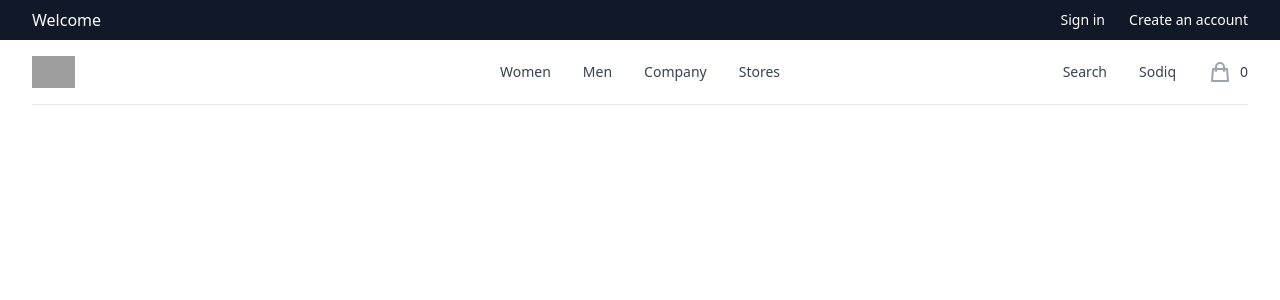
Repository: thasquirrie/animal-farm
Page: /
The author's editor kept a copy of each file at every save. The page is drawn from the files as they stood at one save, then again after the next save.
The browser window is 1280 px wide. The pictures show the whole page.
Pictures or frames that could not be fetched are drawn as grey boxes. The project was rebuilt for these pictures with package versions that can differ from the ones it lists, and the page was loaded fresh each time. The framework's server and built-in components were replaced by stand-ins that run in the browser. Also part of the build but not shown: next.config.js, styles/Home.module.css.

Above is the page before, as saved 2021-10-01 01:45:12.

### pages/_app.js
import '../styles/globals.css';

function MyApp({ Component, pageProps }) {
  console.log({ Component, pageProps });
  return <Component {...pageProps} />;
}

export default MyApp;

### pages/index.js
import Head from 'next/head';
import Image from 'next/image';
import styles from '../styles/Home.module.css';
import Header from '../components/Header';

export default function Home() {
  return <Header />;
}

### components/Header.jsx
/*
  This example requires Tailwind CSS v2.0+

  This example requires some changes to your config:

  ```
  // tailwind.config.js
  module.exports = {
    // ...
    plugins: [
      // ...
      require('@tailwindcss/forms'),
      require('@tailwindcss/aspect-ratio'),
    ],
  }
  ```
*/
import { Fragment, useState } from 'react';
import { Dialog, Popover, Tab, Transition } from '@headlessui/react';
import {
  MenuIcon,
  QuestionMarkCircleIcon,
  SearchIcon,
  ShoppingBagIcon,
  XIcon,
} from '@heroicons/react/outline';
import Image from 'next/image';

const currencies = ['CAD', 'USD', 'AUD', 'EUR', 'GBP'];
const navigation = {
  categories: [
    {
      name: 'Women',
      featured: [
        {
          name: 'New Arrivals',
          href: '#',
          imageSrc:
            'https://tailwindui.com/img/ecommerce-images/mega-menu-category-01.jpg',
          imageAlt:
            'Models sitting back to back, wearing Basic Tee in black and bone.',
        },
        {
          name: 'Basic Tees',
          href: '#',
          imageSrc:
            'https://tailwindui.com/img/ecommerce-images/mega-menu-category-02.jpg',
          imageAlt:
            'Close up of Basic Tee fall bundle with off-white, ochre, olive, and black tees.',
        },
        {
          name: 'Accessories',
          href: '#',
          imageSrc:
            'https://tailwindui.com/img/ecommerce-images/mega-menu-category-03.jpg',
          imageAlt:
            'Model wearing minimalist watch with black wristband and white watch face.',
        },
        {
          name: 'Carry',
          href: '#',
          imageSrc:
            'https://tailwindui.com/img/ecommerce-images/mega-menu-category-04.jpg',
          imageAlt:
            'Model opening tan leather long wallet with credit card pockets and cash pouch.',
        },
      ],
    },
    {
      name: 'Men',
      featured: [
        {
          name: 'New Arrivals',
          href: '#',
          imageSrc:
            'https://tailwindui.com/img/ecommerce-images/mega-menu-01-men-category-01.jpg',
          imageAlt:
            'Hats and sweaters on wood shelves next to various colors of t-shirts on hangers.',
        },
        {
          name: 'Basic Tees',
          href: '#',
          imageSrc:
            'https://tailwindui.com/img/ecommerce-images/mega-menu-01-men-category-02.jpg',
          imageAlt: 'Model wearing light heather gray t-shirt.',
        },
        {
          name: 'Accessories',
          href: '#',
          imageSrc:
            'https://tailwindui.com/img/ecommerce-images/mega-menu-01-men-category-03.jpg',
          imageAlt:
            'Grey 6-panel baseball hat with black brim, black mountain graphic on front, and light heather gray body.',
        },
        {
          name: 'Carry',
          href: '#',
          imageSrc:
            'https://tailwindui.com/img/ecommerce-images/mega-menu-01-men-category-04.jpg',
          imageAlt:
            'Model putting folded cash into slim card holder olive leather wallet with hand stitching.',
        },
      ],
    },
  ],
  pages: [
    { name: 'Company', href: '#' },
    { name: 'Stores', href: '#' },
  ],
};

function classNames(...classes) {
  return classes.filter(Boolean).join(' ');
}

export default function Example() {
  const [open, setOpen] = useState(false);

  return (
    <div className='bg-white'>
      {/* Mobile menu */}
      <Transition.Root show={open} as={Fragment}>
        <Dialog
          as='div'
          className='fixed inset-0 flex z-40 lg:hidden'
          onClose={setOpen}
        >
          <Transition.Child
            as={Fragment}
            enter='transition-opacity ease-linear duration-300'
            enterFrom='opacity-0'
            enterTo='opacity-100'
            leave='transition-opacity ease-linear duration-300'
            leaveFrom='opacity-100'
            leaveTo='opacity-0'
          >
            <Dialog.Overlay className='fixed inset-0 bg-black bg-opacity-25' />
          </Transition.Child>

          <Transition.Child
            as={Fragment}
            enter='transition ease-in-out duration-300 transform'
            enterFrom='-translate-x-full'
            enterTo='translate-x-0'
            leave='transition ease-in-out duration-300 transform'
            leaveFrom='translate-x-0'
            leaveTo='-translate-x-full'
          >
            <div className='relative max-w-xs w-full bg-white shadow-xl pb-12 flex flex-col overflow-y-auto'>
              <div className='px-4 pt-5 pb-2 flex'>
                <button
                  type='button'
                  className='-m-2 p-2 rounded-md inline-flex items-center justify-center text-gray-400'
                  onClick={() => setOpen(false)}
                >
                  <span className='sr-only'>Close menu</span>
                  <XIcon className='h-6 w-6' aria-hidden='true' />
                </button>
              </div>

              {/* Links */}
              <Tab.Group as='div' className='mt-2'>
                <div className='border-b border-gray-200'>
                  <Tab.List className='-mb-px flex px-4 space-x-8'>
                    {navigation.categories.map((category) => (
                      <Tab
                        key={category.name}
                        className={({ selected }) =>
                          classNames(
                            selected
                              ? 'text-indigo-600 border-indigo-600'
                              : 'text-gray-900 border-transparent',
                            'flex-1 whitespace-nowrap py-4 px-1 border-b-2 text-base font-medium'
                          )
                        }
                      >
                        {category.name}
                      </Tab>
                    ))}
                  </Tab.List>
                </div>
                <Tab.Panels as={Fragment}>
                  {navigation.categories.map((category) => (
                    <Tab.Panel
                      key={category.name}
                      className='px-4 py-6 space-y-12'
                    >
                      <div className='grid grid-cols-2 gap-x-4 gap-y-10'>
                        {category.featured.map((item) => (
                          <div key={item.name} className='group relative'>
                            <div className='aspect-w-1 aspect-h-1 rounded-md bg-gray-100 overflow-hidden group-hover:opacity-75'>
                              <Image
                                src={item.imageSrc}
                                alt={item.imageAlt}
                                layout='fill'
                                className='object-center object-cover'
                              />
                            </div>
                            <a
                              href={item.href}
                              className='mt-6 block text-sm font-medium text-gray-900'
                            >
                              <span
                                className='absolute z-10 inset-0'
                                aria-hidden='true'
                              />
                              {item.name}
                            </a>
                            <p
                              aria-hidden='true'
                              className='mt-1 text-sm text-gray-500'
                            >
                              Shop now
                            </p>
                          </div>
                        ))}
                      </div>
                    </Tab.Panel>
                  ))}
                </Tab.Panels>
              </Tab.Group>

              <div className='border-t border-gray-200 py-6 px-4 space-y-6'>
                {navigation.pages.map((page) => (
                  <div key={page.name} className='flow-root'>
                    <a
                      href={page.href}
                      className='-m-2 p-2 block font-medium text-gray-900'
                    >
                      {page.name}
                    </a>
                  </div>
                ))}
              </div>

              <div className='border-t border-gray-200 py-6 px-4 space-y-6'>
                <div className='flow-root'>
                  <a
                    href='#'
                    className='-m-2 p-2 block font-medium text-gray-900'
                  >
                    Create an account
                  </a>
                </div>
                <div className='flow-root'>
                  <a
                    href='#'
                    className='-m-2 p-2 block font-medium text-gray-900'
                  >
                    Sign in
                  </a>
                </div>
              </div>

              <div className='border-t border-gray-200 py-6 px-4 space-y-6'>
                {/* Currency selector */}
                {/* <form>
                  <div className='inline-block'>
                    <label htmlFor='mobile-currency' className='sr-only'>
                      Currency
                    </label>
                    <div className='-ml-2 group relative border-transparent rounded-md focus-within:ring-2 focus-within:ring-white'>
                      <select
                        id='mobile-currency'
                        name='currency'
                        className='bg-none border-transparent rounded-md py-0.5 pl-2 pr-5 flex items-center text-sm font-medium text-gray-700 group-hover:text-gray-800 focus:outline-none focus:ring-0 focus:border-transparent'
                      >
                        {currencies.map((currency) => (
                          <option key={currency}>{currency}</option>
                        ))}
                      </select>
                      <div className='absolute right-0 inset-y-0 flex items-center pointer-events-none'>
                        <svg
                          aria-hidden='true'
                          xmlns='http://www.w3.org/2000/svg'
                          fill='none'
                          viewBox='0 0 20 20'
                          className='w-5 h-5 text-gray-500'
                        >
                          <path
                            stroke='currentColor'
                            strokeLinecap='round'
                            strokeLinejoin='round'
                            strokeWidth='1.5'
                            d='M6 8l4 4 4-4'
                          />
                        </svg>
                      </div>
                    </div>
                  </div>
                </form> */}
              </div>
            </div>
          </Transition.Child>
        </Dialog>
      </Transition.Root>

      <header className='relative'>
        <nav aria-label='Top'>
          {/* Top navigation */}
          <div className='bg-gray-900'>
            <div className='max-w-7xl mx-auto h-10 px-4 flex items-center justify-between sm:px-6 lg:px-8'>
              {/* Currency selector */}
              <div className='text-white'>Welcome</div>
              {/* <form>
                <div>
                  <label htmlFor='desktop-currency' className='sr-only'>
                    Currency
                  </label>
                  <div className='-ml-2 group relative bg-gray-900 border-transparent rounded-md focus-within:ring-2 focus-within:ring-white'>
                    <select
                      id='desktop-currency'
                      name='currency'
                      className='bg-none bg-gray-900 border-transparent rounded-md py-0.5 pl-2 pr-5 flex items-center text-sm font-medium text-white group-hover:text-gray-100 focus:outline-none focus:ring-0 focus:border-transparent'
                    >
                      {currencies.map((currency) => (
                        <option key={currency}>{currency}</option>
                      ))}
                    </select>
                    <div className='absolute right-0 inset-y-0 flex items-center pointer-events-none'>
                      <svg
                        aria-hidden='true'
                        xmlns='http://www.w3.org/2000/svg'
                        fill='none'
                        viewBox='0 0 20 20'
                        className='w-5 h-5 text-gray-300'
                      >
                        <path
                          stroke='currentColor'
                          strokeLinecap='round'
                          strokeLinejoin='round'
                          strokeWidth='1.5'
                          d='M6 8l4 4 4-4'
                        />
                      </svg>
                    </div>
                  </div>
                </div>
              </form> */}

              <div className='flex items-center space-x-6'>
                <a
                  href='#'
                  className='text-sm font-medium text-white hover:text-gray-100'
                >
                  Sign in
                </a>
                <a
                  href='#'
                  className='text-sm font-medium text-white hover:text-gray-100'
                >
                  Create an account
                </a>
              </div>
            </div>
          </div>

          {/* Secondary navigation */}
          <div className='bg-white'>
            <div className='max-w-7xl mx-auto px-4 sm:px-6 lg:px-8'>
              <div className='border-b border-gray-200'>
                <div className='h-16 flex items-center justify-between'>
                  {/* Logo (lg+) */}
                  <div className='hidden lg:flex-1 lg:flex lg:items-center'>
                    <a href='#'>
                      <span className='sr-only'>Workflow</span>
                      <img
                        className='h-8 w-auto'
                        src='https://tailwindui.com/img/logos/workflow-mark.svg?color=indigo&shade=600'
                        alt=''
                        // layout='fill'
                      />
                    </a>
                  </div>

                  <div className='hidden h-full lg:flex'>
                    {/* Flyout menus */}
                    <Popover.Group className='px-4 bottom-0 inset-x-0'>
                      <div className='h-full flex justify-center space-x-8'>
                        {navigation.categories.map((category) => (
                          <Popover key={category.name} className='flex'>
                            {({ open }) => (
                              <>
                                <div className='relative flex'>
                                  <Popover.Button
                                    className={classNames(
                                      open
                                        ? 'border-indigo-600 text-indigo-600'
                                        : 'border-transparent text-gray-700 hover:text-gray-800',
                                      'relative z-10 flex items-center transition-colors ease-out duration-200 text-sm font-medium border-b-2 -mb-px pt-px'
                                    )}
                                  >
                                    {category.name}
                                  </Popover.Button>
                                </div>

                                <Transition
                                  as={Fragment}
                                  enter='transition ease-out duration-200'
                                  enterFrom='opacity-0'
                                  enterTo='opacity-100'
                                  leave='transition ease-in duration-150'
                                  leaveFrom='opacity-100'
                                  leaveTo='opacity-0'
                                >
                                  <Popover.Panel className='absolute top-full inset-x-0 text-sm text-gray-500'>
                                    {/* Presentational element used to render the bottom shadow, if we put the shadow on the actual panel it pokes out the top, so we use this shorter element to hide the top of the shadow */}
                                    <div
                                      className='absolute inset-0 top-1/2 bg-white shadow'
                                      aria-hidden='true'
                                    />

                                    <div className='relative bg-white'>
                                      <div className='max-w-7xl mx-auto px-8'>
                                        <div className='grid grid-cols-4 gap-y-10 gap-x-8 py-16'>
                                          {category.featured.map((item) => (
                                            <div
                                              key={item.name}
                                              className='group relative'
                                            >
                                              <div className='aspect-w-1 aspect-h-1 rounded-md bg-gray-100 overflow-hidden group-hover:opacity-75'>
                                                <img
                                                  src={item.imageSrc}
                                                  alt={item.imageAlt}
                                                  className='object-center object-cover'
                                                />
                                              </div>
                                              <a
                                                href={item.href}
                                                className='mt-4 block font-medium text-gray-900'
                                              >
                                                <span
                                                  className='absolute z-10 inset-0'
                                                  aria-hidden='true'
                                                />
                                                {item.name}
                                              </a>
                                              <p
                                                aria-hidden='true'
                                                className='mt-1'
                                              >
                                                Shop now
                                              </p>
                                            </div>
                                          ))}
                                        </div>
                                      </div>
                                    </div>
                                  </Popover.Panel>
                                </Transition>
                              </>
                            )}
                          </Popover>
                        ))}

                        {navigation.pages.map((page) => (
                          <a
                            key={page.name}
                            href={page.href}
                            className='flex items-center text-sm font-medium text-gray-700 hover:text-gray-800'
                          >
                            {page.name}
                          </a>
                        ))}
                      </div>
                    </Popover.Group>
                  </div>

                  {/* Mobile menu and search (lg-) */}
                  <div className='flex-1 flex items-center lg:hidden'>
                    <button
                      type='button'
                      className='-ml-2 bg-white p-2 rounded-md text-gray-400'
                      onClick={() => setOpen(true)}
                    >
                      <span className='sr-only'>Open menu</span>
                      <MenuIcon className='h-6 w-6' aria-hidden='true' />
                    </button>

                    {/* Search */}
                    <a
                      href='#'
                      className='ml-2 p-2 text-gray-400 hover:text-gray-500'
                    >
                      <span className='sr-only'>Search</span>
                      <SearchIcon className='w-6 h-6' aria-hidden='true' />
                    </a>
                  </div>

                  {/* Logo (lg-) */}
                  <a href='#' className='lg:hidden'>
                    <span className='sr-only'>Workflow</span>
                    <img
                      src='https://tailwindui.com/img/logos/workflow-mark.svg?color=indigo&shade=600'
                      alt=''
                      className='h-8 w-auto'
                    />
                  </a>

                  <div className='flex-1 flex items-center justify-end'>
                    <a
                      href='#'
                      className='hidden text-sm font-medium text-gray-700 hover:text-gray-800 lg:block'
                    >
                      Search
                    </a>

                    <div className='flex items-center lg:ml-8'>
                      {/* Help */}
                      <a
                        href='#'
                        className='p-2 text-gray-400 hover:text-gray-500 lg:hidden'
                      >
                        <span className='sr-only'>Name of user</span>
                        <QuestionMarkCircleIcon
                          className='w-6 h-6'
                          aria-hidden='true'
                        />
                      </a>
                      <a
                        href='#'
                        className='hidden text-sm font-medium text-gray-700 hover:text-gray-800 lg:block'
                      >
                        Sodiq
                      </a>

                      {/* Cart */}
                      <div className='ml-4 flow-root lg:ml-8'>
                        <a
                          href='#'
                          className='group -m-2 p-2 flex items-center'
                        >
                          <ShoppingBagIcon
                            className='flex-shrink-0 h-6 w-6 text-gray-400 group-hover:text-gray-500'
                            aria-hidden='true'
                          />
                          <span className='ml-2 text-sm font-medium text-gray-700 group-hover:text-gray-800'>
                            0
                          </span>
                          <span className='sr-only'>
                            items in cart, view bag
                          </span>
                        </a>
                      </div>
                    </div>
                  </div>
                </div>
              </div>
            </div>
          </div>
        </nav>
      </header>
    </div>
  );
}

Loaded but not shown: styles/globals.css (common file); tailwind.config.js (common file)

After the next save:
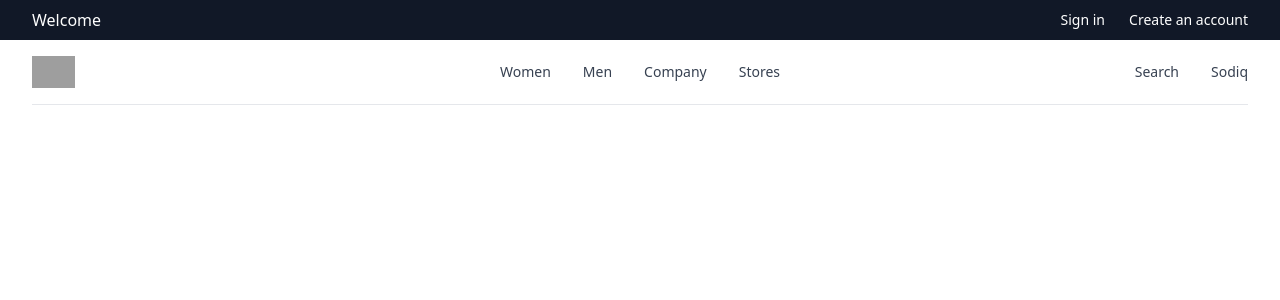
Saved 15 s later.
--- a/components/Header.jsx
+++ b/components/Header.jsx
@@ -525,7 +525,7 @@ export default function Example() {
                       </a>
 
                       {/* Cart */}
-                      <div className='ml-4 flow-root lg:ml-8'>
+                      {/* <div className='ml-4 flow-root lg:ml-8'>
                         <a
                           href='#'
                           className='group -m-2 p-2 flex items-center'
@@ -541,7 +541,7 @@ export default function Example() {
                             items in cart, view bag
                           </span>
                         </a>
-                      </div>
+                      </div> */}
                     </div>
                   </div>
                 </div>
